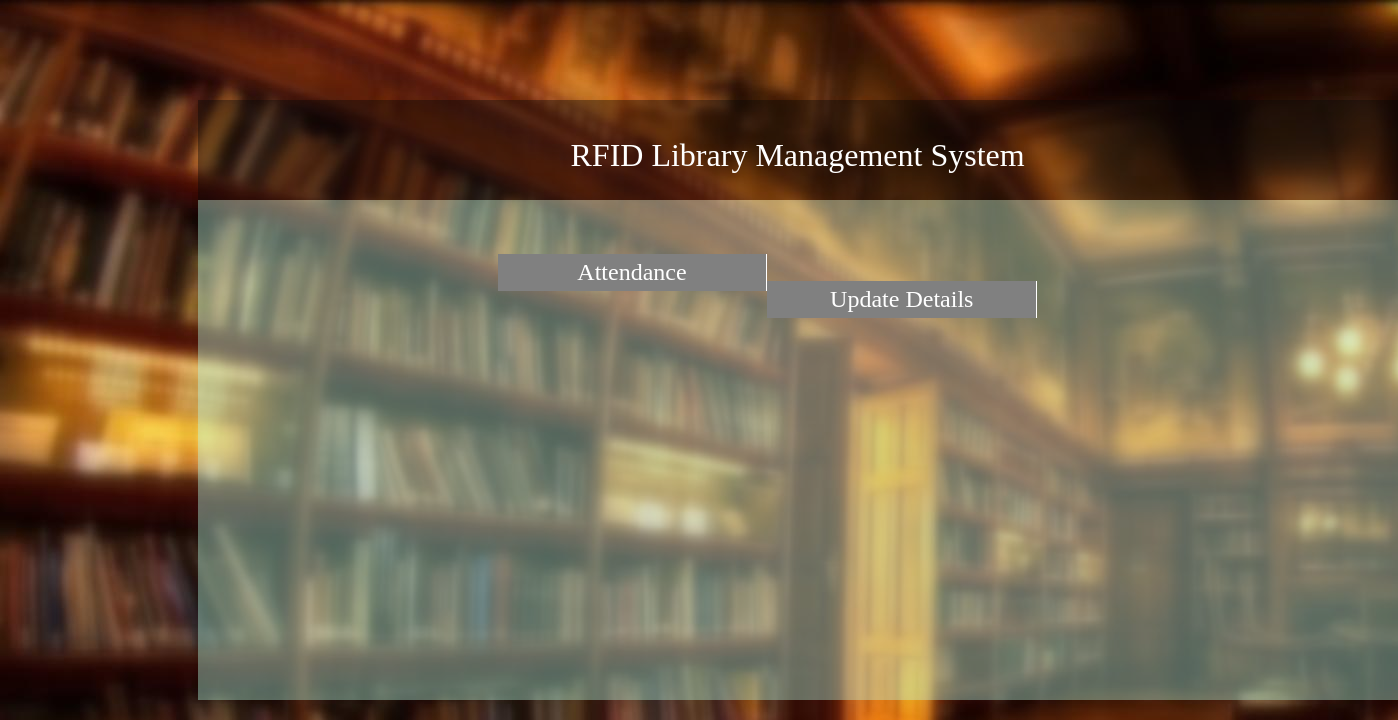
Repository: vigineshs/A-Smart-Data-Analyzer-for-Library-Management-System
Page: http://localhost/librarymgmt/attend.jsp
An editor plug-in stored every save of this project. The page is shown before and after the next save, followed by the edit.
The browser window is 1280 px wide. The page is 1398 px wide, so the pictures cover 1398 px, including what lies to the right of the window. The pictures show the whole page.
The page is served by Tomcat 9.

Above is the page before, as saved 2013-02-11 14:26:39.

After the next save:
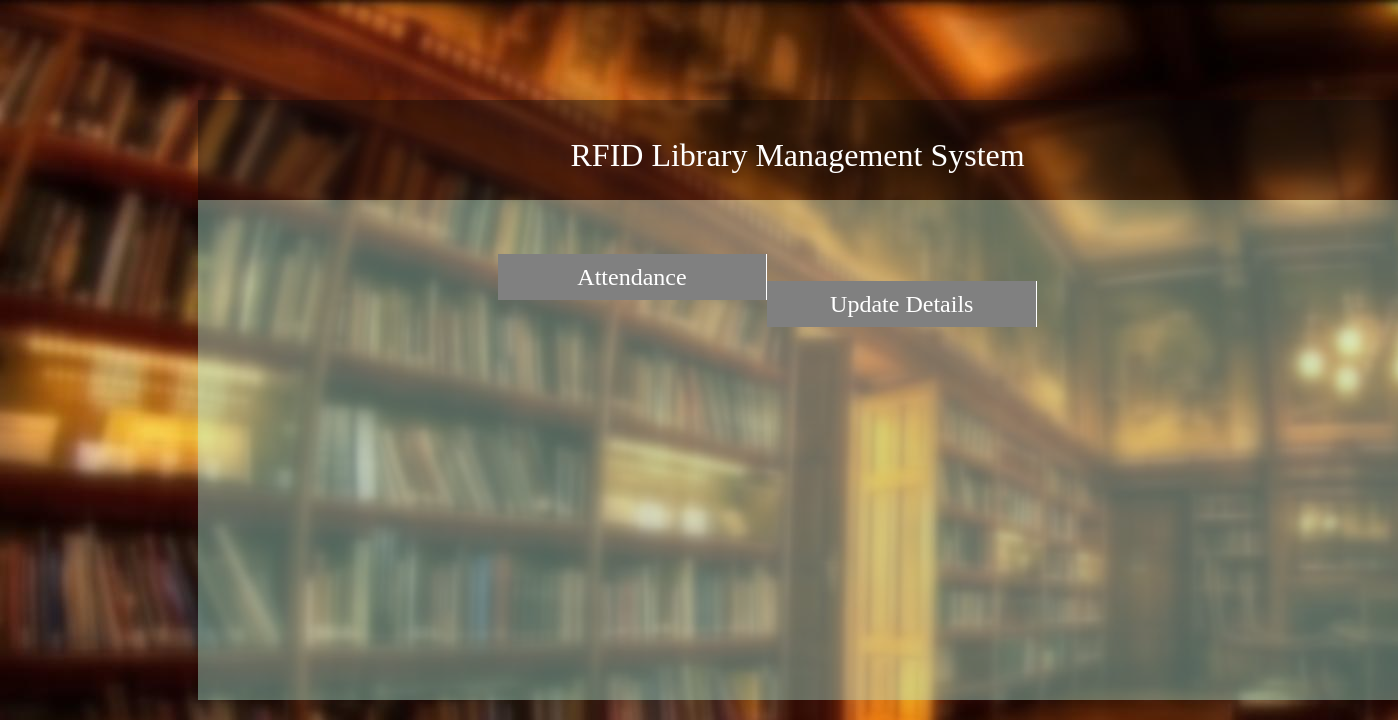
Saved 16 s later.
--- a/PassiveRFID/CS203-Version 1.0.6/Demo Applications/Dot Net C#/Demo Applications Source Code/RFID/librarymgmt/WebContent/page.css
+++ b/PassiveRFID/CS203-Version 1.0.6/Demo Applications/Dot Net C#/Demo Applications Source Code/RFID/librarymgmt/WebContent/page.css
@@ -25,7 +25,7 @@ text-decoration:none;
 text-align:center;
 color:white;
 background-color:grey;
-padding:0.2em 0.6em;
+padding:0.4em 0.6em;
 border-right:1px solid white;
 }
 
